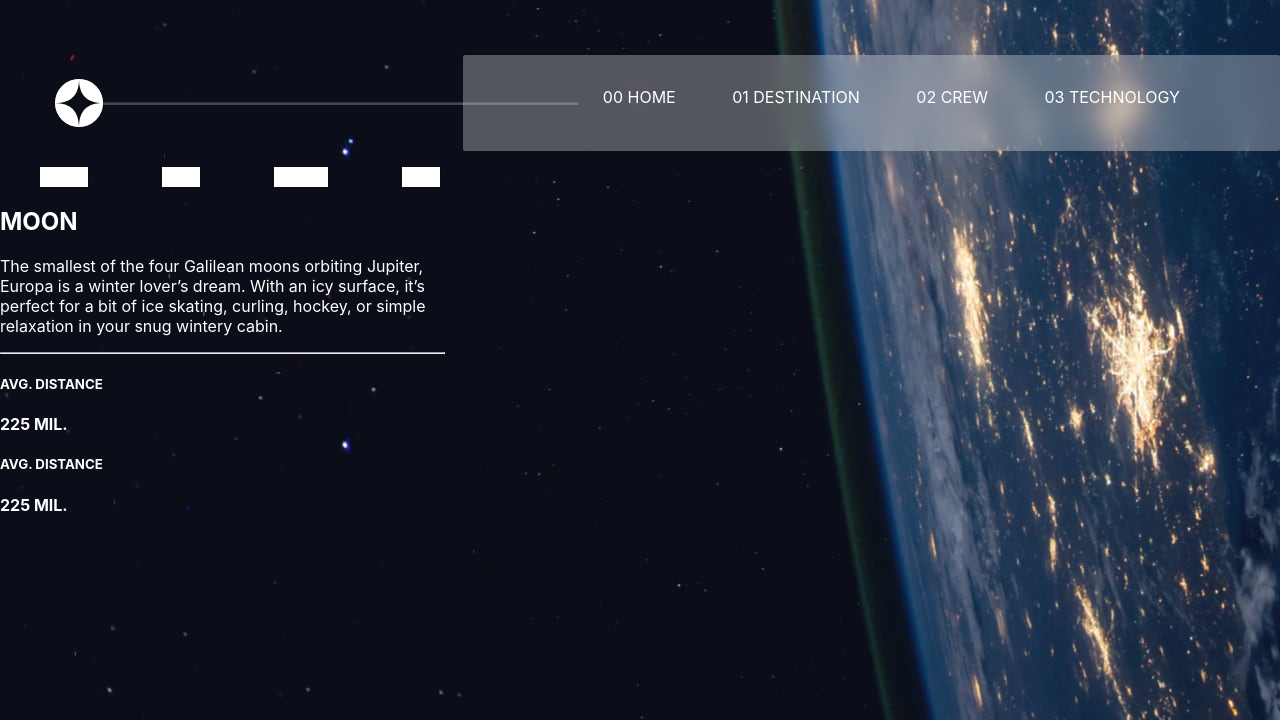
Repository: jhonenmanuel1/FrontEndMentor-MultiPageSpace
Page: /
The author's editor kept a copy of each file at every save. The page is drawn from the files as they stood at one save, then again after the next save.
The browser window is 1280 px wide. The pictures show the whole page.
The project was rebuilt for these pictures with package versions that can differ from the ones it lists, and the page was loaded fresh each time. Also part of the build but not shown: src/views/home.js.

Above is the page before, as saved 2022-06-23 22:51:13.

### src/App.js

import HeaderView from './components/header';
import Destination from './views/destination';
import HomeView from './views/home';


function App() {
  return (
    <div className="App">
      <HeaderView/>
      <Destination/>


    </div>
  );
}

export default App;

### src/components/header.js
import styles from "../styles/header.module.css"

const HeaderView = ()=>{

    return(
        <div className={styles.wraper}>
            <div className={styles.headerLogo}>
            <svg xmlns="http://www.w3.org/2000/svg" width="48" height="48"><g fill="none" fill-rule="evenodd"><circle cx="24" cy="24" r="24" fill="#FFF"/><path fill="#0B0D17" d="M24 0c0 16-8 24-24 24 15.718.114 23.718 8.114 24 24 0-16 8-24 24-24-16 0-24-8-24-24z"/></g></svg>
            </div>
            <div className={styles.headerLine}>
                <hr />
            </div>
            <div className={styles.headerMenu}>
                 <ul>
                    <li> 00 HOME</li>
                    <li> 01 DESTINATION </li>
                    <li> 02 CREW </li>
                    <li className={styles.lastList}> 03 TECHNOLOGY</li>

                </ul>
            </div>

        </div>
    )
}
export default HeaderView;

### src/views/destination.js
import PlanetCardInfo from "../atoms/PlanetCardInfo";

export default function Destination() {
  return (
    <>
      <div className="destinationContainer">
        <div className="planetCard">
          <div className="titlePlanet"></div>
          <div className="planetCardImage"></div>
        </div>
        <div>
            <PlanetCardInfo/>
        </div>
      </div>
    </>
  );
}

### src/styles/header.module.css
.wraper {
    margin-top: 55px;
    display: flex;
    justify-content: space-between;


    background-position: center center;
    background-repeat: no-repeat;
    background-size: cover


}
.headerLogo{
    display: flex;
    justify-content: center;
    align-items: center;


}
.headerLogo svg {
    background-color: aliceblue;
    border-radius: 100%;
    height: 48px;
    width: 48px;
    margin-left: 55px;
}

.headerMenu{
    background-color: rgba(255, 255, 255, 0.3);
    border-radius: 2px;
    text-align: center;
    backdrop-filter: blur(12px);
    -webkit-backdrop-filter: blur(10px);
    width: 830px;
    height: 96px;



}

.headerMenu ul {
    display: flex;
    justify-content:  space-between;
    align-items: center;
    padding-right: 100px;
    margin-left: 100px;
    margin-top: 32px;
    color: white;


}
.headerMenu ul li {
    text-decoration: none;
    list-style: none;

}

.headerLogo{
    color: white;

}
.headerLine {
    display: flex;
    justify-content: center;
    align-items: center;
    margin-right: -9%;
    z-index: 1;

}
.headerLine hr {
    height: 1px;
    background-color: white;
    color: white;
    width: 473px;
    opacity:  25.15%;

}

### src/atoms/PlanetCardInfo.js
import styles from  '../styles/planetcardinfo.module.css'
export default function PlanetCardInfo() {
  return (
    <section section className={styles.planetCardInfoContainer}>
      <div >
        <div className={styles.planetCardHeader}>
          <ul>
            <li>Moom</li>
            <li>Mars</li>
            <li>Europa</li>
            <li>Titan</li>
          </ul>
        </div>
        <div className="planetCardTitle">
          <h1> MOON</h1>
        </div>
        <p>
          The smallest of the four Galilean moons orbiting Jupiter, Europa is a
          winter lover’s dream. With an icy surface, it’s perfect for a bit of
          ice skating, curling, hockey, or simple relaxation in your snug
          wintery cabin.
        </p>
        <hr></hr>
        <div className="planetCardFooter">
          <div>
            <div className="Mini Targets"></div>
          </div>
          <h5>AVG. DISTANCE</h5>
          <h4>225 MIL.</h4>
        </div>
        <div className="planetCardFooter">
          <div>
            <div className="Mini Targets"></div>
          </div>
          <h5>AVG. DISTANCE</h5>
          <h4>225 MIL.</h4>
        </div>
      </div>
    </section>
  );
}

### src/styles/homeview.module.css
body{
    color: white;
    background-image: url("../components/Images/home/background-home-desktop.jpg") ;
}
.containerCard{
    display: flex;
    margin-top: 257px;
    justify-content: center;
    align-items: center;
}
.spaceinfo{
    padding-right: 325px;
}
.homeSpaceTarget{
    max-width: 461.76px;
    display: flex;
    justify-content: center;
    align-items: center;
    margin: 0px;

}

.homeSpaceTargeth3 {
    font-weight: 1;
    font-size: 34px;
    margin: 0px;
}
.homeSpaceTargeth1{

    font-family: 'Bellefair';
    font-style: normal;
    font-weight: 400;
    font-size: 128px;
    line-height: 147px;
    margin: 0px;
}
.homeSpaceTargetp{
    font-size: 18px;
}
.explore{

    margin-bottom: -70px;
}

### src/styles/planetcardinfo.module.css
.planetCardInfoContainer {
  display: flex;
  align-items: center;
  justify-content: center;
  max-width: 445px;
}
.planetCardHeader {

}

.planetCardHeader ul {
    display: flex;
    justify-content: space-between;

}
.planetCardHeader ul li {
    margin-right: 5px;
    list-style: none;
    font-size: 16px;
    background-color: white;

}

Loaded but not shown: public/index.html (common file); src/index.js (common file); src/index.css (common file); src/reportWebVitals.js (common file)

After the next save:
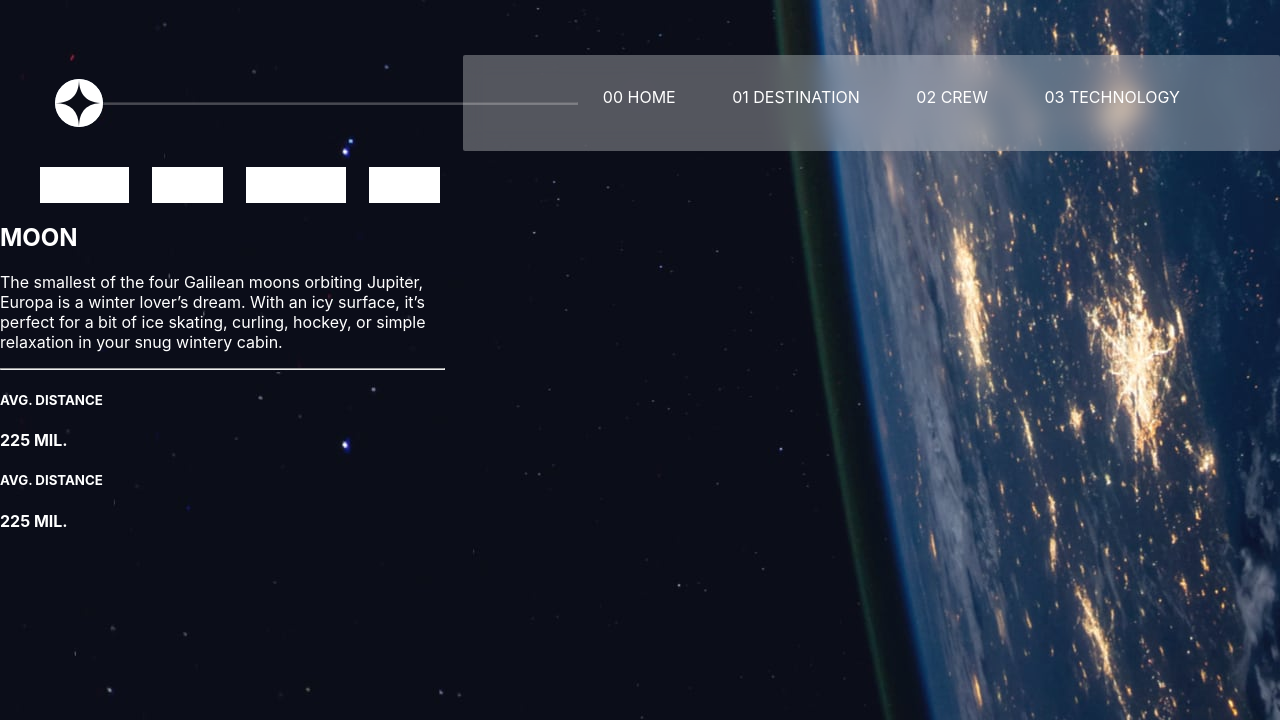
Saved 12 s later.
--- a/src/styles/planetcardinfo.module.css
+++ b/src/styles/planetcardinfo.module.css
@@ -16,7 +16,7 @@
 .planetCardHeader ul li {
     margin-right: 5px;
     list-style: none;
-    font-size: 16px;
+    font-size: 30px;
     background-color: white;
 
 }
